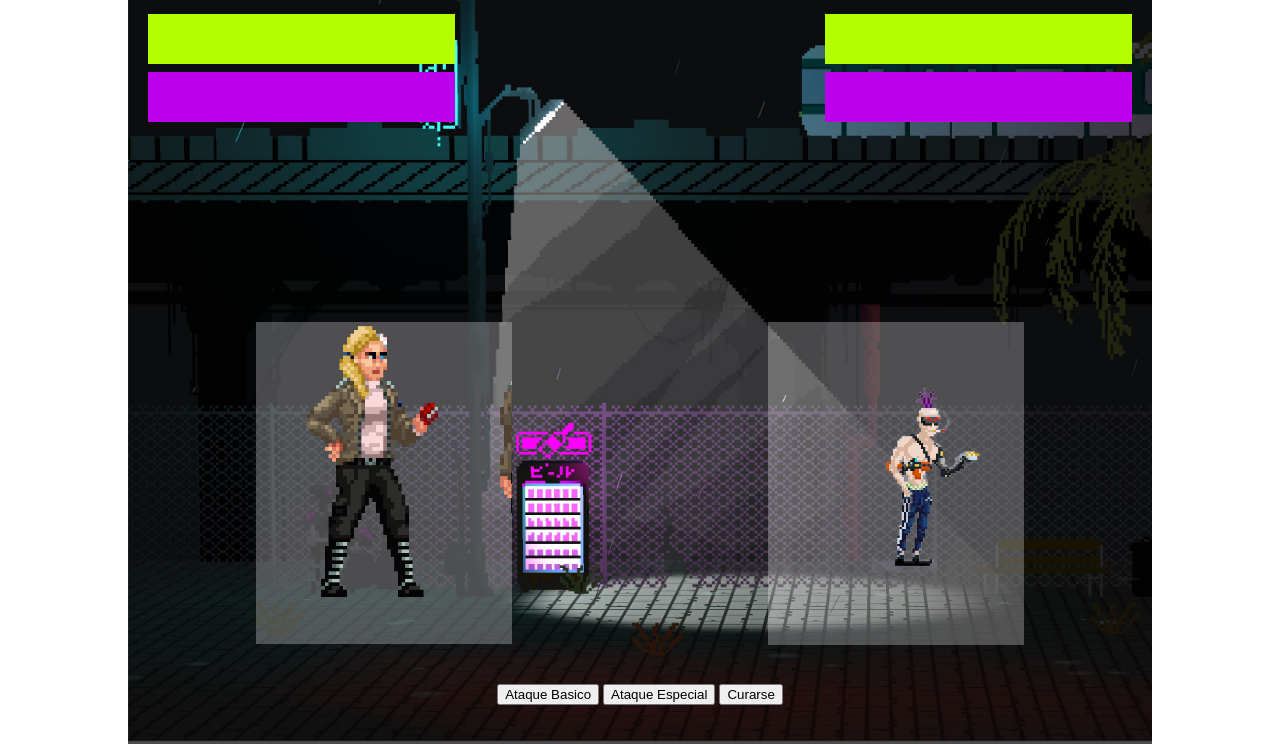
Repository: NovaDuel/novaduel-game
Page: index.html
The author's editor kept a copy of each file at every save. The page is drawn from the files as they stood at one save, then again after the next save.
The browser window is 1280 px wide. The pictures show the whole page.

Above is the page before, as saved 2024-03-25 16:06:37.

After the next save:
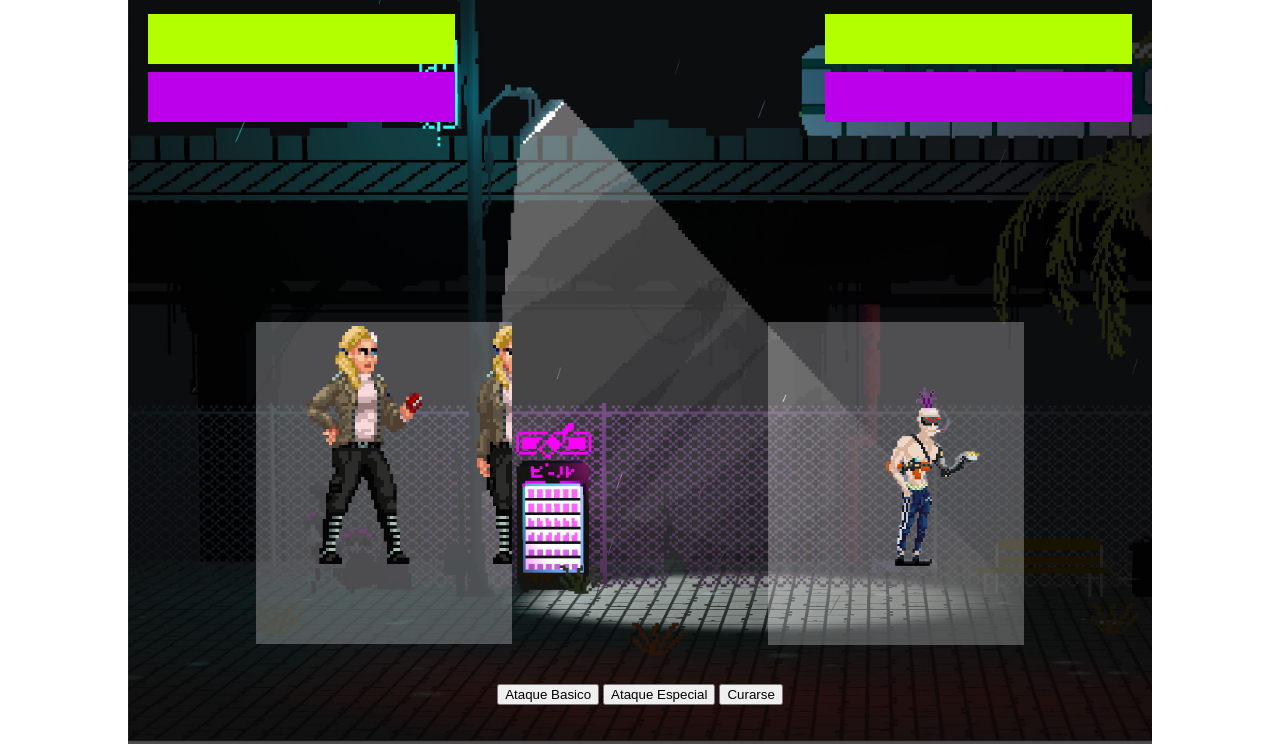
Saved 23 s later.
--- a/style.css
+++ b/style.css
@@ -60,7 +60,7 @@ body {
 
 #player {
     background-position-x: 50px;
-    background-size: 250%;
+    background-size: 220%;
     background-repeat: no-repeat;
     background-image: url(./images/player.png)
 }
